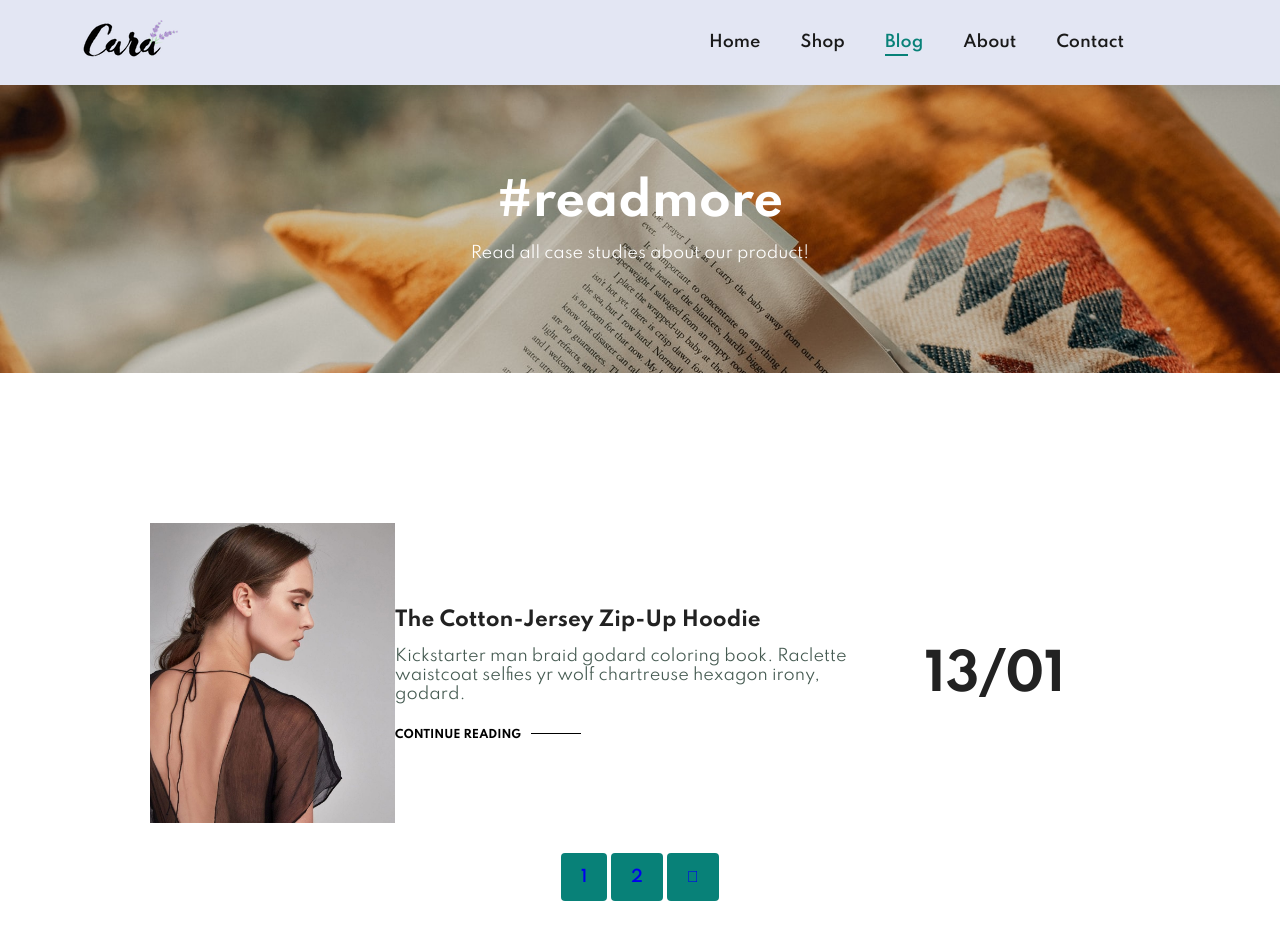
Repository: MinhNhatIT2901/Ecommerce
Page: blog.html
These files come from the project's save history. The page is drawn as it stood at one moment and after the next save; the edit follows.
The browser window is 1280 px wide. The pictures show the part of the page from y = 0 to 952 px (the page is 1580 px tall).
Some web libraries are served in a nearby version.

Above is the page before, as saved 2022-01-08 22:51:19.

After the next save:
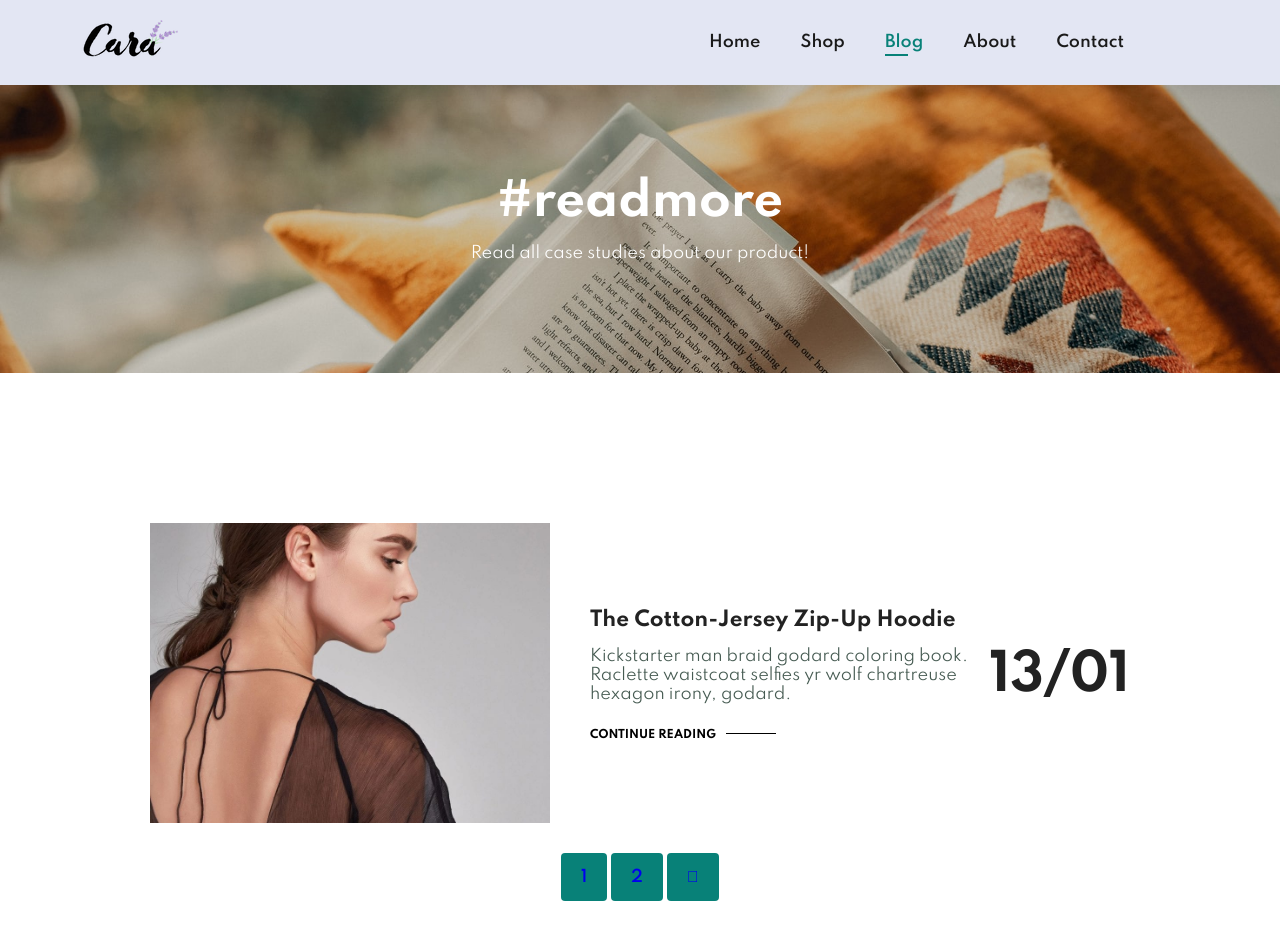
Saved 102 s later.
--- a/style.css
+++ b/style.css
@@ -640,7 +640,7 @@ footer a:hover {
   width: 100%;
 }
 
-#blog .box-img {
+#blog .blog-img {
   width: 50%;
   margin-right: 40px;
 }
@@ -653,7 +653,6 @@ footer a:hover {
 
 #blog .blog-details {
   width: 50%;
-  margin-right: 40px;
 }
 
 #blog .blog-details a {
